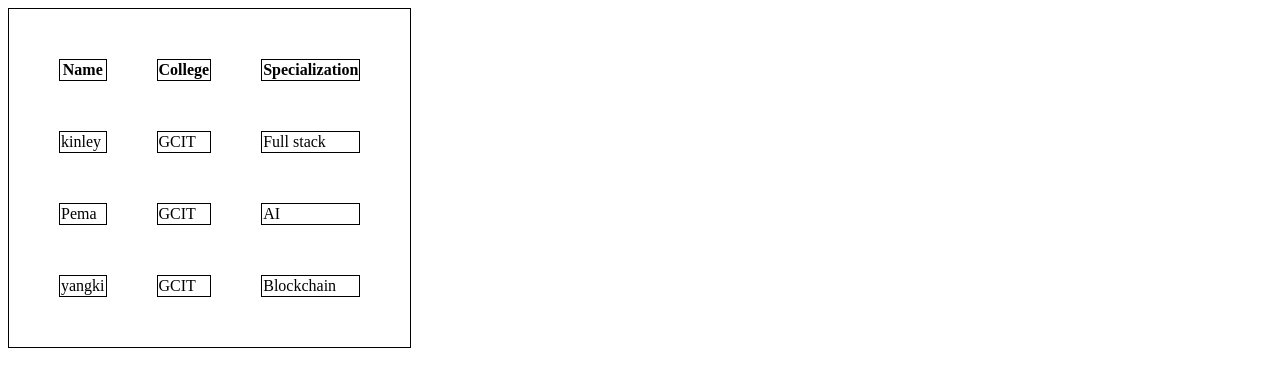
Repository: Pema-yangki/Css
Page: fed.html
An editor plug-in stored every save of this project. The page is shown before and after a run of saves, followed by the edit.
The browser window is 1280 px wide. The pictures show the whole page.

Above is the page before, as saved 2024-03-15 14:40:40.

### fed.html
<!DOCTYPE html>
<html lang="en">
<head>
    <meta charset="UTF-8">
    <meta name="viewport" content="width=device-width, initial-scale=1.0">
    <title>Document</title>
    <!-- <style>
        h1[name="greetings"]{
            color: brown;
        }
        h1[name ="king"]{
            color:aqua
        }
        h1[name="okay"]{
            color:blueviolet
        }
    </style> -->
    <style>
        table{
            border: 1px solid black;
            /* border-collapse: separate; */
            border-spacing: 50px;
        }

        table, th, td{
            border: 1px solid black;
            /* border-collapse: collapse; */
        }
    </style>
</head>
<body>
   <!-- <h1 name = "greetings">hello</h1>
   <h1 name = "king" >hi</h1>
   <h1 name = "okay">bye</h1> -->
   <table>
    <tr>
        <th>Name</th>
        <th>College</th>
        <th>Specialization</th>
    </tr>
    <tr>
        <td>kinley</td>
        <td >GCIT</td>
        <td>Full stack</td>
    </tr>
    <tr>
        <td>Pema</td>
        <td>GCIT</td>
        <td>AI</td>
    </tr>
    <tr>
        <td>yangki</td>
        <td>GCIT</td>
        <td>Blockchain</td>
    </tr>

   </table>

</body>
</html>

After the next 2 saves:
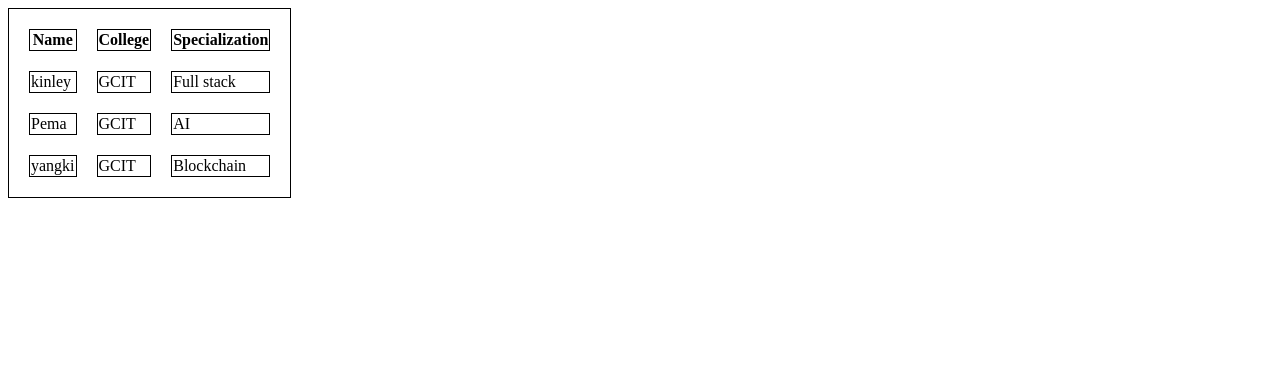
The 2 saves are shown as one change because they came seconds apart.
The last was saved 24 s later.
--- a/fed.html
+++ b/fed.html
@@ -19,7 +19,7 @@
         table{
             border: 1px solid black;
             /* border-collapse: separate; */
-            border-spacing: 50px;
+            border-spacing: 20px;
         }
 
         table, th, td{
